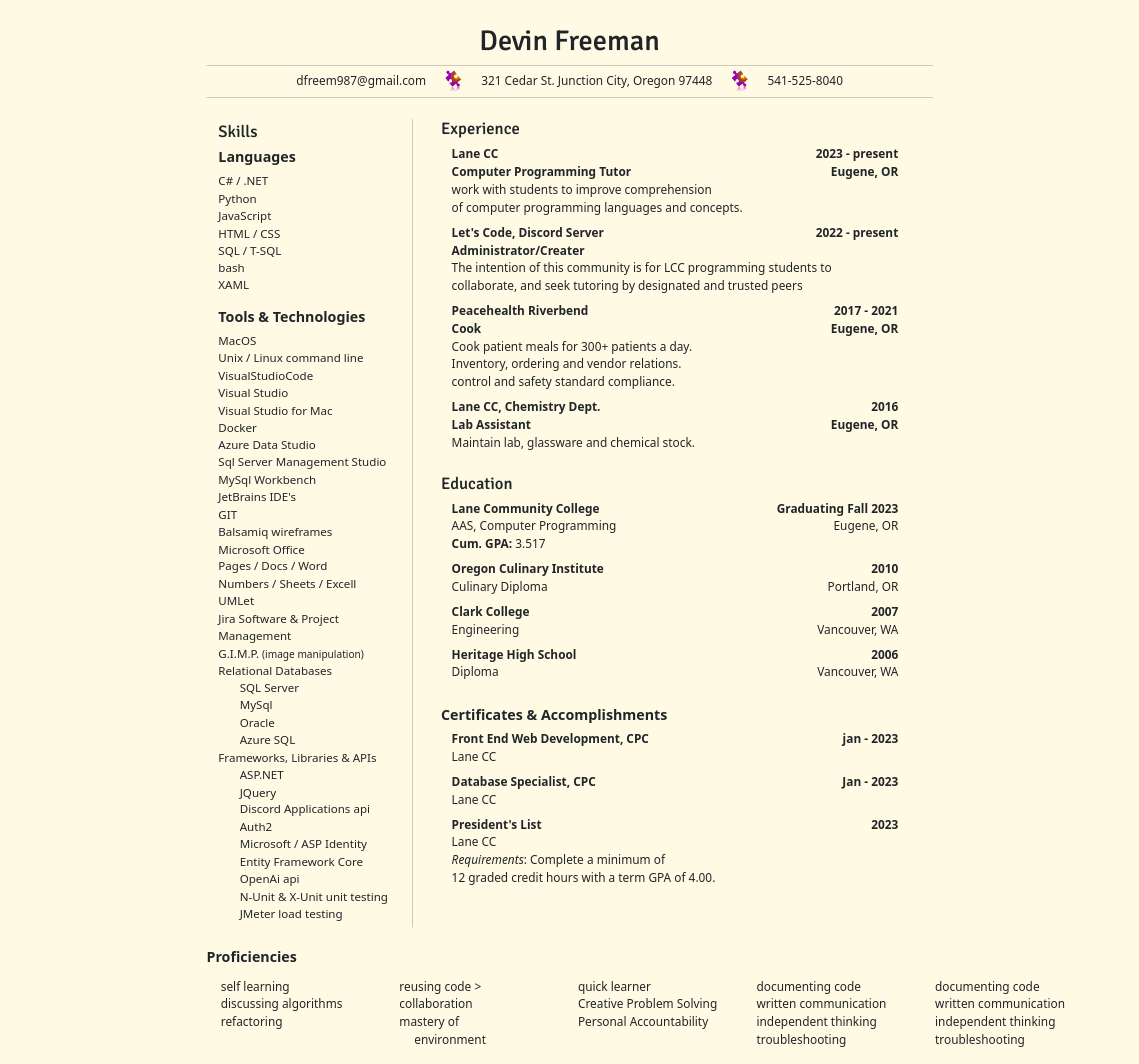
Repository: Dfreem/Resume
Page: index.html
The author's editor kept a copy of each file at every save. The page is drawn from the files as they stood at one save, then again after the next save.
The browser window is 1280 px wide. The pictures show the whole page, at 89% of full size.

Above is the page before, as saved 2023-03-04 19:33:54.

### index.html
<!DOCTYPE html>
<html lang="en">

<head>
    <meta charset="UTF-8">
    <meta http-equiv="X-UA-Compatible" content="IE=edge">
    <meta name="viewport" content="width=device-width, initial-scale=1.0">
    <link href="https://cdn.jsdelivr.net/npm/bootstrap@5.3.0-alpha1/dist/css/bootstrap.min.css" rel="stylesheet"
        integrity="sha384-GLhlTQ8iRABdZLl6O3oVMWSktQOp6b7In1Zl3/Jr59b6EGGoI1aFkw7cmDA6j6gD" crossorigin="anonymous">
    <link href="resume.css" rel="stylesheet" />
    <title>Devin Freeman</title>
</head>

<body>

    <h1>Devin Freeman</h1>
    <hr />

    <!-- ========= banner ========= -->

    <div class="personal-info">
        dfreem987@gmail.com
        &emsp;
        <span><img src="puzzle.png" class="puzzle-piece"></img></span>
        &emsp;
        321 Cedar St. Junction City, Oregon 97448
        &emsp;
        <span><img src="puzzle.png" class="puzzle-piece"></img></span>
        &emsp;
        541-525-8040
        <!-- &nbsp;freemand@my.lanecc.edu -->
    </div>
    <hr />
    <!-- ========= Skills start ========= -->
    <div class="hstack my-0">
        <div class="vstack skill-stack">
            <h2>Skills</h2>

            <!-- ========= programming language list ========= -->

            <ul class="skill">
                <div class="d-flex flex-row flex-nowrap">
                    <h3>Languages</h3>
                </div>
                <li class="d-flex flex-row flex-nowrap">
                    C# / .NET</li>
                <li class="d-flex flex-row flex-nowrap">
                    Python</li>
                <li class="d-flex flex-row flex-nowrap">
                    JavaScript</li>
                <li class="d-flex flex-row flex-nowrap">
                    HTML / CSS</li>
                <li class="d-flex flex-row flex-nowrap">
                    SQL / T-SQL</li>
                <li class="d-flex flex-row flex-nowrap">
                    bash</li>
                <li class="d-flex flex-row flex-nowrap">
                    XAML</li>
            </ul>
            <ul class="skill">
                <div>
                    <h3>Tools & Technologies</h3>
                </div>
                <li>MacOS</li>
                <li>Unix / Linux command line</li>
                <li>VisualStudioCode</li>
                <li>Visual Studio</li>
                <li>Visual Studio for Mac</li>
                <li>Docker</li>
                <li>Azure Data Studio</li>
                <li>Sql Server Management Studio</li>
                <li>MySql Workbench</li>
                <li>JetBrains IDE's</li>
                <li>GIT</li>
                <li>Balsamiq wireframes</li>
                <li>Microsoft Office</li>
                <li>Pages / Docs / Word</li>
                <li>Numbers / Sheets / Excell</li>
                <li>UMLet</li>
                <li>Jira Software & Project Management</li>
                <li>G.I.M.P. <small>(image manipulation)</small></li>
                <li>
                    <ul>
                        Relational Databases
                        <li class="ms-4">SQL Server</li>
                        <li class="ms-4">MySql</li>
                        <li class="ms-4">Oracle</li>
                        <li class="ms-4">Azure SQL</li>
                    </ul>
                </li>
                <li>
                    <ul>
                        Frameworks, Libraries & APIs
                        <li class="ms-4">ASP.NET</li>
                        <li class="ms-4">JQuery</li>
                        <li class="ms-4">Discord Applications api</li>
                        <li class="ms-4">Auth2</li>
                        <li class="ms-4">Microsoft / ASP Identity</li>
                        <li class="ms-4">Entity Framework Core</li>
                        <li class="ms-4">OpenAi api</li>
                        <li class="ms-4">N-Unit & X-Unit unit testing</li>
                        <li class="ms-4">JMeter load testing</li>
                    </ul>
                </li>

            </ul>

            <!-- ========= Soft Skills ========= -->


            <!-- ========= Professional References ========= -->

            <!-- <hr class="my-3" />
                <h3>References</h3>
                <dl class="profs me-2">
                    <dt class="d-flex flex-row flex-nowrap">
                        Bryce Fisher
                        <div class="push-right">
                            Lane CC, 2022
                        </div>
                    </dt>
                    <dd>
                        <b>collaborator / school colleague</b><br />
                        360-913-4165 <br />
                        bryce.e.fisher@gmail.com.
                    </dd>
                </dl>

                <dl class="profs me-2">
                    <dt class="d-flex flex-row flex-nowrap">
                        Ben Wilson
                        <div class="push-right">
                            Lane CC, 2022
                    </div>
                </dt>
                <dd>
                    <b>school colleague / tutee</b><br />
                    541-870-0555<br />
                    benosliw@gmail.com
                </dd>
            </dl>

            <dl class="profs me-2">
                <dt class="d-flex flex-row flex-nowrap">
                    Paul Frost
                    <div class="push-right">
                        Lane CC, 2022
                    </div>
                </dt>
                <dd>
                    <b>school colleague / tutee</b><br />
                    458-210-0711<br />
                    workpaulfrost@gmail.com<br />

                </dd>
            </dl> -->
        </div>
        <div class="vr my-4"></div>
        <div class="vstack work-stack">

            <!-- ========= Most Recent Work History ========= -->

            <dl class="work-history mt-4">
                <h2>Experience</h2>

                <!-- ========== Experience ========== -->

                <div class="container work-container">
                    <dt class="d-flex flex-nowrap flex-row">
                        Lane CC
                        <br />
                        Computer Programming Tutor
                        <div class="push-right">
                            2023 - present
                            <br />
                            Eugene, OR
                        </div>
                    </dt>
                    <dd class="ed-details">
                        work with students to improve comprehension <br /> of computer programming languages and
                        concepts.
                    </dd>
                </div>

                <div class="container work-container">
                    <dt class="d-flex flex-nowrap flex-row">
                        Let's Code, Discord Server<br />
                        Administrator/Creater
                        <div class="push-right">2022 - present</div>
                    </dt>
                    <dd class="ed-title">
                        The intention of this community is for LCC programming students to<br />
                        collaborate, and seek tutoring by designated and trusted peers
                    </dd>
                </div>
                <!-- ========== work history slot 2 ========== -->
                <div class="container work-container">
                    <dt class="d-flex flex-nowrap flex-row">
                        Peacehealth Riverbend
                        <br />
                        Cook
                        <div class="push-right">
                            2017 - 2021
                            <br />
                            Eugene, OR
                        </div>
                    </dt>
                    <dd class="ed-details">
                        Cook patient meals for 300+ patients a day. <br />
                        Inventory, ordering and vendor relations. <br />
                        control and safety standard compliance. <br />
                    </dd>
                </div>

                <!-- ========== work history slot 3 ========== -->
                <!--
                    <div class="container work-container">
                        <dt class="d-flex flex-nowrap flex-row">
                            McMenamins
                            <br />
                            Assistant kitchen manager
                            <div class="push-right">
                                2011-2013
                                <br />
                                Portland, OR
                                <br />
                            </div>
                        </dt>
                        <dd class="ed-details">
                            Staff management. Food order expeditor. <br />
                            Proficient in all stations including Pizza Kitchen.
                        </dd>
                    </div> -->

                <!-- ========== work history slot 3 ========== -->

                <div class="container work-container">
                    <dt class="d-flex flex-nowrap flex-row">
                        Lane CC, Chemistry Dept.
                        <br />
                        Lab Assistant
                        <div class="push-right">
                            2016
                            <br />
                            Eugene, OR
                        </div>
                    </dt>
                    <dd class="ed-details">Maintain lab, glassware and chemical stock.</dd>
                </div>
            </dl>

            <!-- ========== Education Start ========== -->

            <dl class="education">
                <h2>Education</h2>

                <!-- ========== Education slot 1 ========== -->

                <div class="container work-container">
                    <dt class="d-flex flex-nowrap flex-row">
                        <div class="ed-title">Lane Community College</div>
                        <div class="push-right">Graduating Fall 2023</div>
                    </dt>
                    <dd>
                        <div class="d-flex flex-nowrap flex-row">
                            <div class="ed-title">AAS, Computer Programming </div>
                            <span class="push-right"> Eugene, OR </span>
                        </div>
                        <div class="ed-title"><b>Cum. GPA:</b> 3.517</div>
                    </dd>
                </div>

                <!-- ========== Education slot 2 ========== -->

                <div class="container work-container">
                    <dt class="d-flex flex-nowrap flex-row">
                        <div class="ed-title">Oregon Culinary Institute</div>
                        <span class="push-right">2010</span>
                    </dt>
                    <dd class="d-flex flex-nowrap flex-row">
                        <div class="ed-title">Culinary Diploma</div>
                        <span class="push-right">Portland, OR</span>
                    </dd>
                </div>

                <!-- ========== Education slot 3 ========== -->

                <div class="container work-container">
                    <dt class="d-flex flex-nowrap flex-row">
                        <div class="ed-title">Clark College</div>
                        <span class="push-right">2007</span>
                    </dt>
                    <dd class="d-flex flex-nowrap flex-row">
                        <div class="ed-title">Engineering</div>
                        <span class="push-right">Vancouver, WA</span>
                    </dd>
                </div>

                <!-- ========== Education slot 4 ========== -->

                <div class="container work-container">
                    <dt class="d-flex flex-nowrap flex-row">
                        <div class="ed-title">Heritage High School</div>
                        <span class="push-right">2006</span>
                    </dt>
                    <dd class="d-flex flex-nowrap flex-row">
                        <div class="ed-title">Diploma</div>
                        <span class="push-right">Vancouver, WA</span>
                    </dd>
                </div>
                <!-- ========= Certifications ========= -->

                <br />

                <h3>Certificates & Accomplishments</h3>
                <div class="container work-container">
                    <dt class="d-flex flex-row flex-nowrap">
                        <div class="ed-title">Front End Web Development, CPC</div>
                        <span class="push-right">jan - 2023</span>
                    </dt>
                    <dd>Lane CC</dd>
                </div>

                <div class="container work-container">
                    <dt class="d-flex flex-row flex-nowrap">
                        <div class="ed-title">Database Specialist, CPC </div>
                        <span class="push-right">Jan - 2023</span>
                    </dt>
                    <dd>Lane CC
                    </dd>
                </div>

                <div class="container work-container">
                    <dt class="d-flex flex-row flex-nowrap">
                        <div class="ed-title">President's List</div>
                        <span class="push-right">2023</span>
                    </dt>
                    <dd>Lane CC<br />
                        <em>Requirements</em>: Complete a minimum of <br />12 graded credit hours with a term GPA of
                        4.00.
                    </dd>
                </div>
            </dl>
        </div>
    </div>
    <!-- <hr /> -->
    <h3>Proficiencies</h3>
    <div class="row  profs d-flex flex-row flex-nowrap mx-1">

        <div class="col-3">
            <ul>
                <li>
                    self learning
                </li>
                <li>
                    discussing algorithms
                </li>
                <li>
                    refactoring
                </li>
            </ul>
        </div>
        <div class="col-3">

          </class=>
            <li>
                reusing code
          >
            <li>
                collaboration
            </li>
            <li>
                    mastery of <br />&emsp; environment<div class="push-right ">
                    </div>
                </li>
            </ul>
        </div>
        <div class="col-3">
            <ul>
                <li>
                    quick learner
                </li>
                <li>
                    Creative Problem Solving<div class="push-right "></div>
                </li>
                <li>
                    Personal Accountability<div class="push-right "></div>
                </li>
            </ul>
        </div>
        <div class="col-3">
            <ul>
                <li>
                    documenting code
                </li>
                <li>
                    written communication<div class="push-right "></div>
                </li>
                <li>
                    independent thinking<div class="push-right "></div>
                </li>
                <li>
                    troubleshooting
                </li>
            </ul>
        </div>
        <div class="col-3">
            <ul>
                <li>
                    documenting code
                </li>
                <li>
                    written communication<div class="push-right "></div>
                </li>
                <li>
                    independent thinking<div class="push-right "></div>
                </li>
                <li>
                    troubleshooting
                </li>
            </ul>
        </div>
    </body>
    <script src="https://cdn.jsdelivr.net/npm/bootstrap@5.3.0-alpha1/dist/js/bootstrap.bundle.min.js"
    integrity="sha384-w76AqPfDkMBDXo30jS1Sgez6pr3x5MlQ1ZAGC+nuZB+EYdgRZgiwxhTBTkF7CXvN"
    crossorigin="anonymous"></script>

</html>

### resume.css
@import url('https://fonts.googleapis.com/css2?family=Raleway:ital,wght@0,500;0,700;0,800;1,500&family=Signika:wght@400;500;700&display=swap');

/*
font-family: 'Raleway', sans-serif;
font-family: 'Signika', sans-serif;
*/
body {
    /* padding-inline: 0.5in; */
    padding-block-start: 2em;
    margin: auto;
    margin-bottom:0.5in;
    max-width: 8.5in;
    min-width: 8.5in;
    max-height: 11in;
    min-height: 11in;
    font-size: 10pt;
    background-color: rgb(255, 250, 228);
}

.personal-info {
    text-align: center;
    margin-bottom: 0;
}

h1 {
    font-family: 'Signika', sans-serif;
    text-align: center;
    font-size: 24pt;
    letter-spacing: 105%;
}

h2 {
    font-family: 'Signika', sans-serif;
    font-size: 14pt;
    margin-block-start: 0;
}

h3 {
    font-size: 12pt;
    font-weight: 700;
    width: fit-content;
    /* text-decoration: underline solid black; */
}

h4 {
    font-size: 10pt;
}

.puzzle-piece {
    width: 1.6em;
    margin-block: .3em;
}

.work-history {
    min-width: 90%;
    align-self: flex-end;
    margin-inline-end: 2em;
}

.education {
    align-self: flex-end;
    margin-inline-end: 2em;
    width: 90%;
}

.skill-stack {
    min-width:25%;
    max-width: 25%;
    margin-inline:1em;
    margin-block-end: 1em;
    margin-top: 2em;
}

.push-right {
    margin-inline-start: auto;
    text-align: right;
}

.profs {
    position:relative;
    margin-inline: auto;
    height: fit-content;
    /* outline: 1px solid grey; */
    margin-block: 1em;
    /* background-color: chartreuse; */
    width:fit-content;
    /* margin:auto; */
}

 .skill > li {
    font-size: small;
 }

hr {
    margin-block: 0;
}

ul {
    padding-Inline: 0;
}

li {
    list-style: none;
}

After the next save:
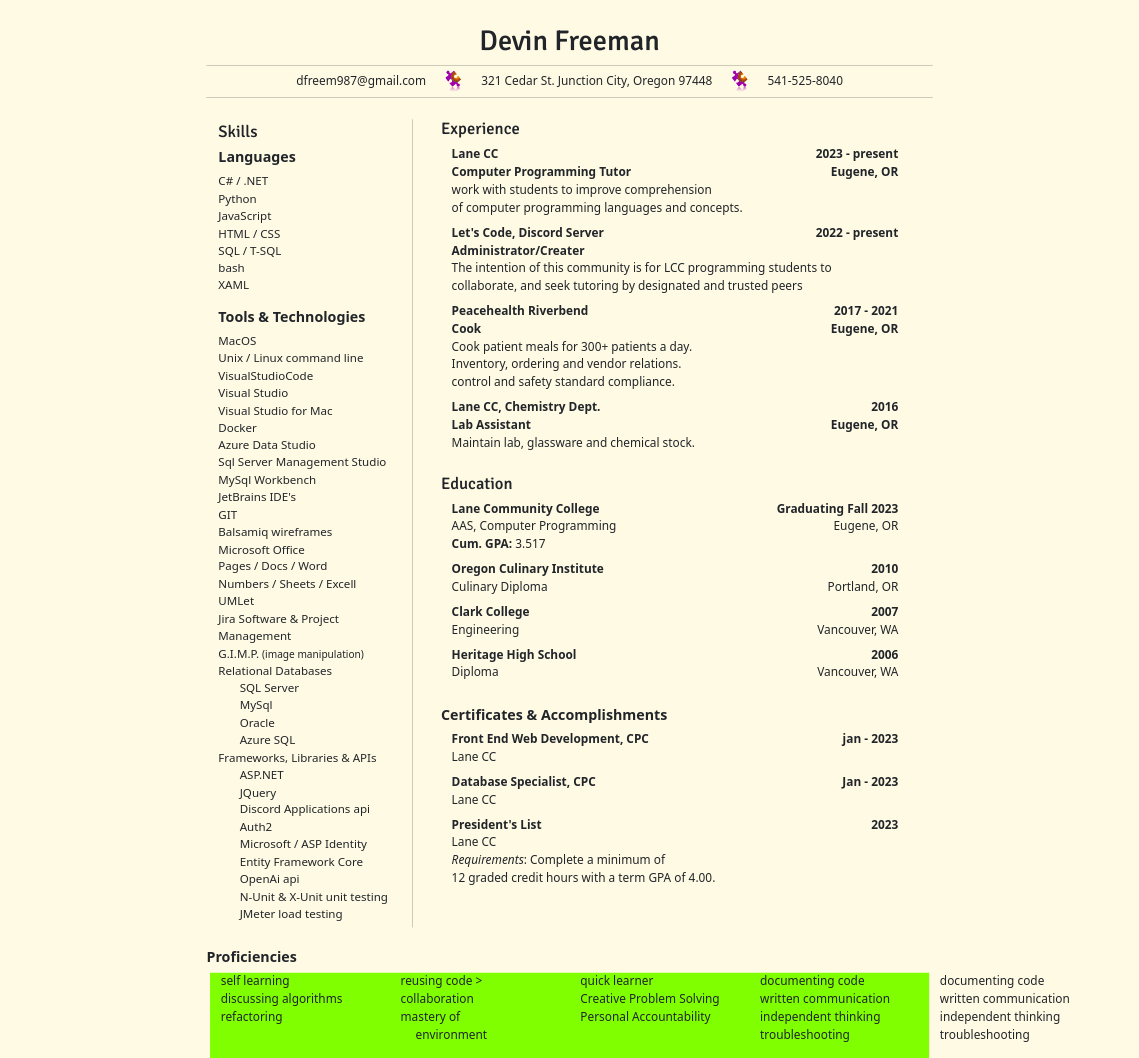
Saved 20 min 6 s later.
--- a/resume.css
+++ b/resume.css
@@ -78,12 +78,11 @@ h4 {
 
 .profs {
     position:relative;
+    /* outline: 1px solid grey; */
+    margin-block: 0em;
+    background-color: chartreuse;
+    max-width:8.5in;
     margin-inline: auto;
-    height: fit-content;
-    /* outline: 1px solid grey; */
-    margin-block: 1em;
-    /* background-color: chartreuse; */
-    width:fit-content;
     /* margin:auto; */
 }
 
